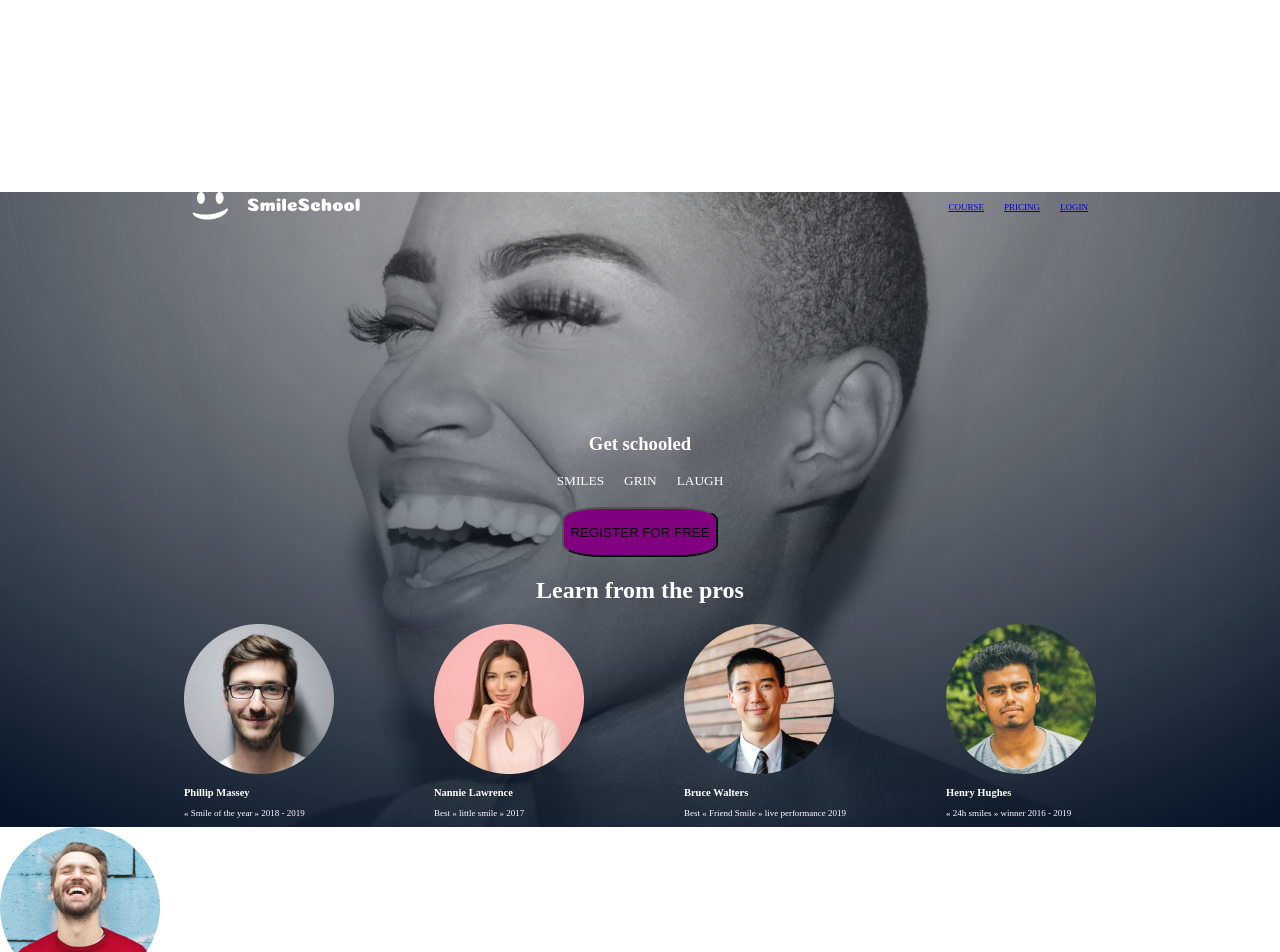
Repository: mwihakiann/alx_html_css
Page: css_advanced/index.html
These files come from the project's save history. The page is drawn as it stood at one moment and after a run of saves; the edit follows.
The browser window is 1280 px wide. The pictures show the part of the page from y = 0 to 952 px (the page is 3677 px tall).
A picture or video elsewhere on the page could not be fetched, so the positions and the page height are approximate. Some web libraries are served in a nearby version.

Above is the page before, as saved 2025-09-28 18:32:54.

### css_advanced/index.html
<!DOCTYPE html>
<html lang="en">
<head>
  <meta charset="UTF-8">
  <meta name="viewport" content="width=device-width, initial-scale=1.0">
  <script src="https://kit.fontawesome.com/4a2b055604.js" crossorigin="anonymous"></script>
  <title>Document</title>
  <link rel="stylesheet" href="styles.css">
</head>
<body>
    <section class="first-page">
  <header>
    <nav>
      <img src="./images/logo.png" alt="logo">
      <ul>
        <li><a href="#">COURSE</a></li>
        <li><a href="#">PRICING</a></li>
        <li><a href="#">LOGIN</a></li>
      </ul>
    </nav>
  </header>

  <main>
    <section>
      <div class="intro">
        <h1>Get schooled</h1>
        <div class="horizontal-stack">
        <span>SMILES</span>
        <span>GRIN</span>
        <span>LAUGH</span>
        </div>
        <br>
        <button class="register">REGISTER FOR FREE</button>
      </div>
      <div class="learn-from-pros">
        <h2>Learn from the pros</h2>
        <div class="pros">
          <div>
            <img src="./images/1.png" alt="">
            <h3>Phillip Massey</h3>
            <p>« Smile of the year » 2018 - 2019</p>
          </div>
          <div>
            <img src="./images/3.png" alt="">
            <h3>Nannie Lawrence</h3>
            <p>Best « little smile » 2017</p>
          </div>
          <div>
            <img src="./images/2.png" alt="" class="bruce">
            <h3>Bruce Walters</h3>
            <p>Best « Friend Smile » live performance 2019</p>
          </div>
          <div>
            <img src="./images/4.png" alt="">
            <h3>Henry Hughes</h3>
            <p>« 24h smiles » winner 2016 - 2019</p>
          </div>
        </div>
      </div>
    </section>
</section>

    <section>
      <div>
        <img src="./images/5.png" alt="image">
      </div>
      <div>
        <blockquote>« Those tutorials are concise and go straight to the point. I can’t think of a better place to learn smiling. And it’s so fun!</blockquote>
        <h3>NAME</h3>
        <p>weather presenter</p>
      </div>
    </section>

    <section>
      <h2>Most popular tutorials</h2>

      <div class="tutorial-card">
        <img src="./images/9.png" alt="Diagonal Smile">
        <img src="./images/play.png" alt="play button" class="play-btn">
        <h3>Diagonal Smile</h3>
        <p>Lorem ipsum dolor sit amet, consect adipiscing elit, sed do eiusmod.</p>
        <div>
          <img src="./images/1 (3).png" alt="">
          <h4>Phillip Massey</h4>
        </div>
        <div>
          <div><i class="fa-solid fa-star"></i></div>
          <div><i class="fa-solid fa-star"></i></div>
          <div><i class="fa-solid fa-star"></i></div>
          <div><i class="fa-solid fa-star"></i></div>
          <div><i class="fa-solid fa-star"></i></div>
        </div>
        <p>8 min</p>
      </div>

      <div class="tutorial-card">
        <img src="./images/6.png" alt="Happy Smile">
        <img src="./images/play.png" alt="play button" class="play-btn">
        <h3>Happy Smile</h3>
        <p>Lorem ipsum dolor sit amet, consect adipiscing elit, sed do eiusmod.</p>
        <div>
          <img src="./images/1 (3).png" alt="">
          <h4>Phillip Massey</h4>
        </div>
        <div>
          <div><i class="fa-solid fa-star"></i></div>
          <div><i class="fa-solid fa-star"></i></div>
          <div><i class="fa-solid fa-star"></i></div>
          <div><i class="fa-solid fa-star"></i></div>
          <div><i class="fa-solid fa-star"></i></div>
        </div>
        <p>8 min</p>
      </div>

      <div class="tutorial-card">
        <img src="./images/8.png" alt="Natural Smile">
        <img src="./images/play.png" alt="play button" class="play-btn">
        <h3>Natural Smile</h3>
        <p>Lorem ipsum dolor sit amet, consect adipiscing elit, sed do eiusmod.</p>
        <div>
          <img src="./images/1.png" alt="">
          <h4>Phillip Massey</h4>
        </div>
        <div>
          <div><i class="fa-solid fa-star"></i></div>
          <div><i class="fa-solid fa-star"></i></div>
          <div><i class="fa-solid fa-star"></i></div>
          <div><i class="fa-solid fa-star"></i></div>
          <div><i class="fa-solid fa-star"></i></div>
        </div>
        <p>8 min</p>
      </div>

      <div class="tutorial-card">
        <img src="./images/7.png" alt="Sad Smile">
        <img src="./images/play.png" alt="play button" class="play-btn">
        <h3>Sad Smile</h3>
        <p>Lorem ipsum dolor sit amet, consect adipiscing elit, sed do eiusmod.</p>
        <div>
          <img src="./images/1.png" alt="">
          <h4>Phillip Massey</h4>
        </div>
        <div>
          <div><i class="fa-solid fa-star"></i></div>
          <div><i class="fa-solid fa-star"></i></div>
          <div><i class="fa-solid fa-star"></i></div>
          <div><i class="fa-solid fa-star"></i></div>
          <div><i class="fa-solid fa-star"></i></div>
        </div>
        <p>8 min</p>
      </div>
    </section>

    <section>
      <h2>Free membership</h2>
      <div>
        <img src="./images/smile.png" alt="">
        <h3>Lorem Ipsum</h3>
        <p>Lorem ipsum dolor sit amet, consectetur adipiscing elit.</p>
      </div>
      <div>
        <img src="./images/smile.png" alt="">
        <h3>Lorem Ipsum</h3>
        <p>Lorem ipsum dolor sit amet, consectetur adipiscing elit.</p>
      </div>
      <div>
        <img src="./images/smile.png" alt="">
        <h3>Lorem Ipsum</h3>
        <p>Lorem ipsum dolor sit amet, consectetur adipiscing elit.</p>
      </div>
      <div>
        <img src="./images/smile.png" alt="">
        <h3>Lorem Ipsum</h3>
        <p>Lorem ipsum dolor sit amet, consectetur adipiscing elit.</p>
      </div>
      <button>REGISTER FOR FREE</button>
    </section>

    <section>
      <h2>F.A.Q</h2>
      <div>
        <div>
          <div>
            <h3>How does this work?</h3>
          </div>
          <div>
            Lorem ipsum dolor sit amet, consectetur adipiscing elit, sed do eiusmod tempor incididunt ut labore et dolore magna aliqua.
          </div>

          <div>
            <h3>How does this work?</h3>
          </div>
          <div>
            Lorem ipsum dolor sit amet, consectetur adipiscing elit, sed do eiusmod tempor incididunt ut labore et dolore magna aliqua.
          </div>
        </div>
        <div>
          <div>
            <h3>How does this work?</h3>
          </div>
          <div>
            Lorem ipsum dolor sit amet, consectetur adipiscing elit, sed do eiusmod tempor incididunt ut labore et dolore magna aliqua.
          </div>
          <div>
            <h3>How does this work?</h3>
          </div>
          <div>
            Lorem ipsum dolor sit amet, consectetur adipiscing elit, sed do eiusmod tempor incididunt ut labore et dolore magna aliqua.
          </div>
        </div>
      </div>
    </section>
  </main>

  <footer>
    <section>
      <div>
        <img src="./images/logo.png" alt="logo">
        <div>
          <i class="fa-brands fa-facebook"></i>
          <i class="fa-brands fa-twitter"></i>
          <i class="fa-brands fa-instagram"></i>
        </div>
      </div>
      <p>©smileschool 2020</p>
    </section>
  </footer>
</body>
</html>

### css_advanced/styles.css
body{
    color: white;
    margin: 0;
    padding: 0;
}
nav ul{
    display: flex;
    gap: 20px;
    list-style: none;
    color: white;
    text-decoration: none;
}
nav{
    display: flex;
    justify-content: space-between;
    align-items: center;
    margin: 15%;
    font-size: xx-small;
}
.first-page{
    background-image: url(./images/Object.png);
    background-size: cover;
    background-position: center;
    color: white;
}
.intro{
    display: flex;
    flex-direction: column;
    justify-content: center;
    align-items: center;
}
h1{
    font-size: 40;
}
.register{
    background-color: purple;
    color: w
    width: 200px;
    height:50px;
    border-bottom-left-radius: 25%;
    border-top-right-radius: 25%;
    border-bottom-right-radius: 25%;
    border-top-left-radius: 25%;
}
.learn-from-pros{
    display: flex;
    flex-direction: column;
    justify-content: center;
    align-items: center;
    font-size: medium;
}
.pros{
    display: flex;
    font-size:xx-small;
    gap: 100px;
}
.bruce{
    width: 150px;
    height: 150px;
    border-radius: 50%;
    object-fit: cover;
}
.horizontal-stack{
   display: flex;
    gap: 20px;
    font-size: smaller;
}
.tutorial-card {
    position: relative;
    display: inline-block;
    margin: 20px;
  }

  .tutorial-card img {
    display: block;
  }

  .tutorial-card .play-btn {
    position: absolute;
    top: 50px;
    left: 50%;
    transform: translateX(-50 -50%);
    width: 50px;
    height: 50px;
    pointer-events: none;
  }

After the next 2 saves:
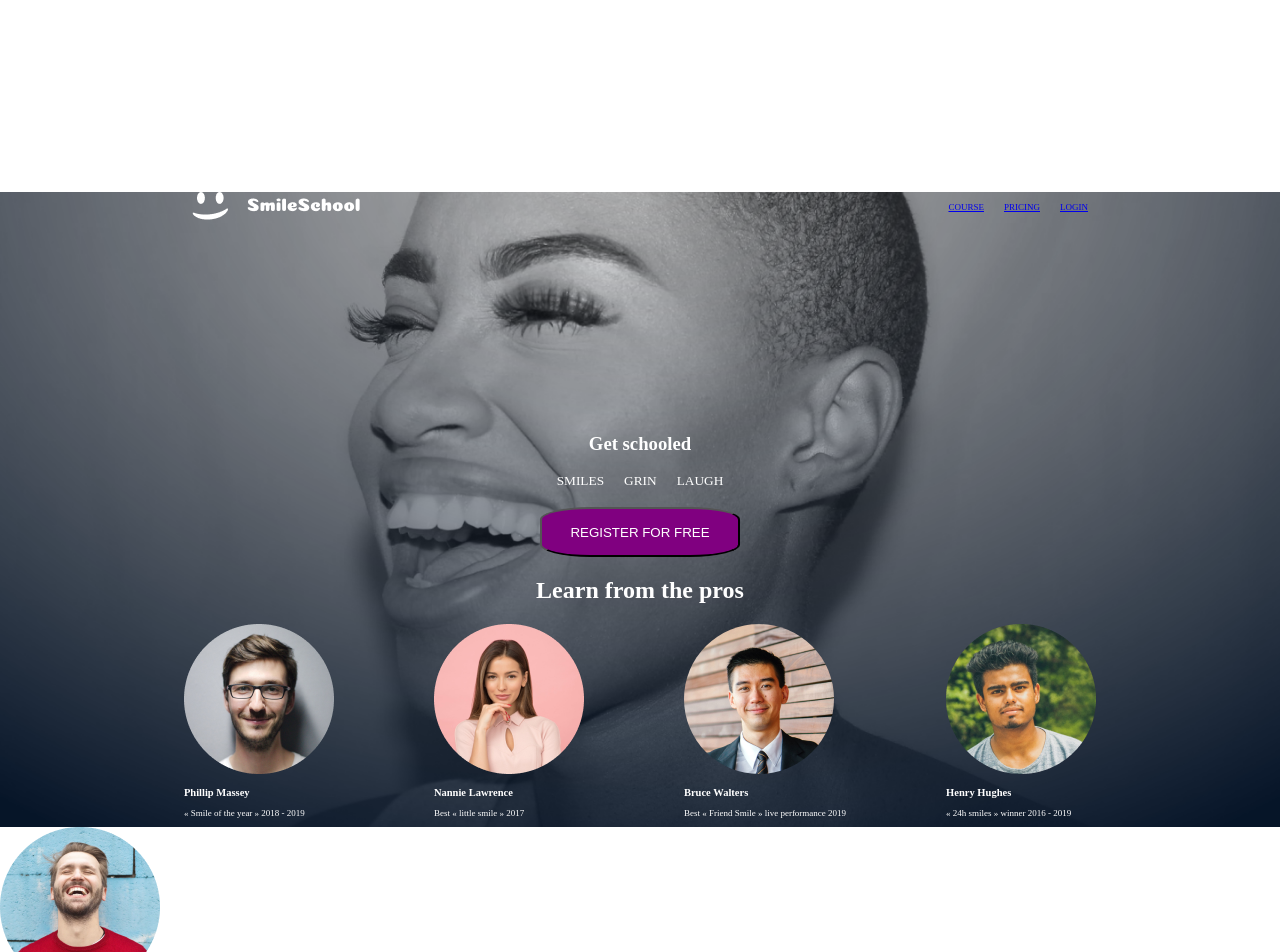
The 2 saves are shown as one change because they came seconds apart.
The last was saved 7 s later.
--- a/css_advanced/styles.css
+++ b/css_advanced/styles.css
@@ -34,7 +34,8 @@ h1{
 }
 .register{
     background-color: purple;
-    color: w
+    color: white;
+
     width: 200px;
     height:50px;
     border-bottom-left-radius: 25%;
